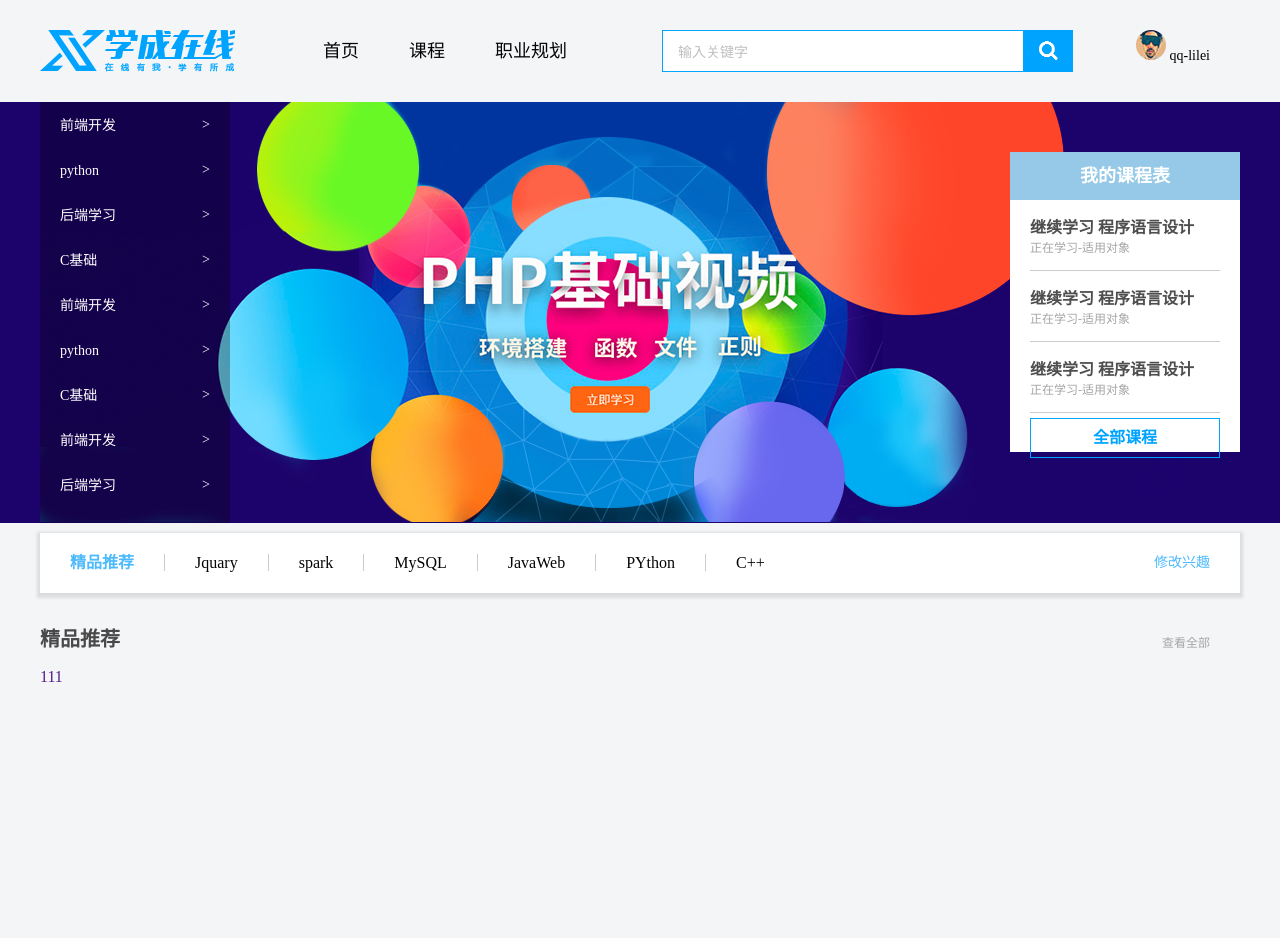
Repository: zhengdeya/web-based
Page: 39-学成在线/index.html
An editor plug-in stored every save of this project. The page is shown before and after the next save, followed by the edit.
The browser window is 1280 px wide. The pictures show the whole page.

Above is the page before, as saved 2021-04-15 16:12:22.

After the next save:
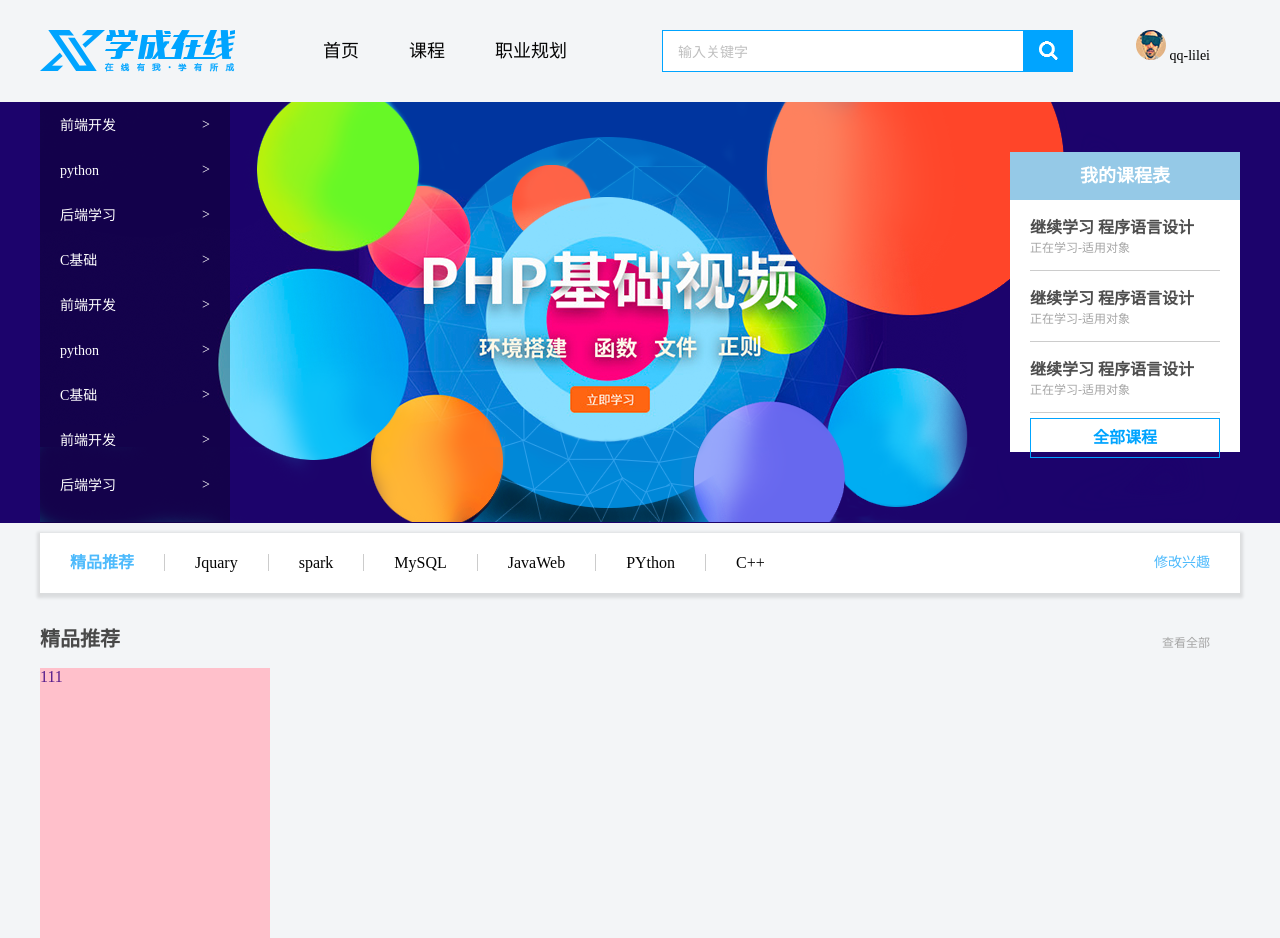
Saved 61 s later.
--- a/39-学成在线/style.css
+++ b/39-学成在线/style.css
@@ -256,7 +256,7 @@ a {
 .boxes .box-bd ul li {
     width: 230px;
     height: 270px;
-    border-color: pink;
+    background-color: pink;
 }
 
 .boxes .box-bd {}
